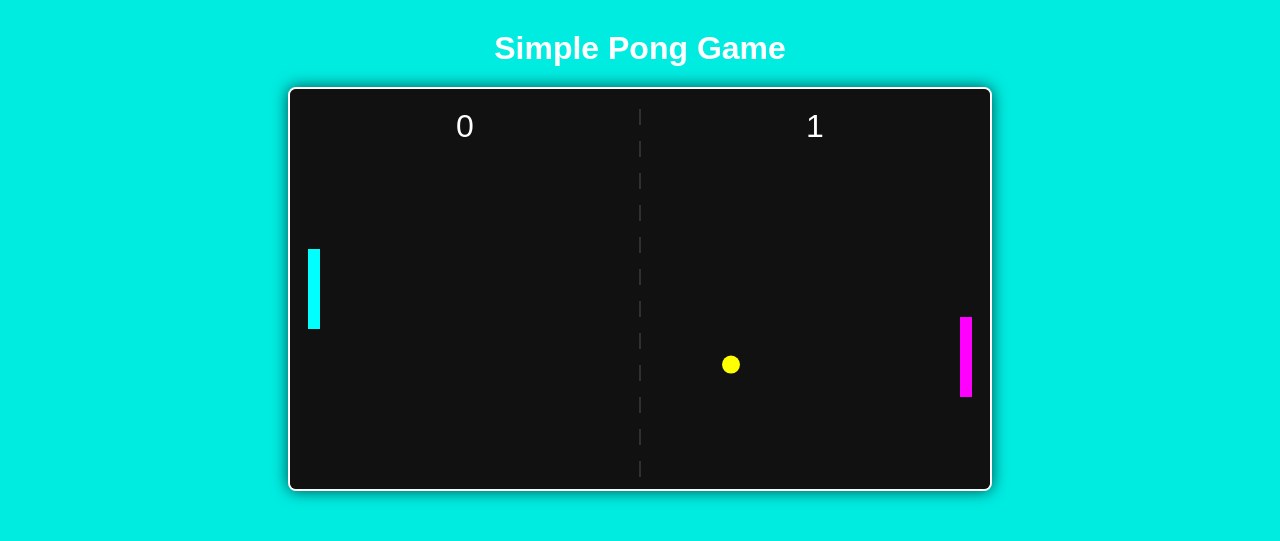
Repository: zjccc123/demo
Page: index.html
The author's editor kept a copy of each file at every save. The page is drawn from the files as they stood at one save, then again after the next save.
The browser window is 1280 px wide. The pictures show the whole page.

Above is the page before, as saved 2025-06-09 11:57:25.

### index.html
<!DOCTYPE html>
<html lang="en">
<head>
    <meta charset="UTF-8">
    <title>Simple Pong Game</title>
    <link rel="stylesheet" href="style.css">
</head>
<body>
    <h1>Simple Pong Game</h1>
    <canvas id="pongCanvas" width="700" height="400"></canvas>
    <script src="game.js"></script>
</body>
</html>

### style.css
body {
    background: #00ece1;
    color: #fff;
    text-align: center;
    font-family: Arial, sans-serif;
    margin: 0;
    padding: 0;
}

h1 {
    margin-top: 30px;
    margin-bottom: 10px;
    font-size: 2em;
}

#pongCanvas {
    background: #5a5959;
    display: block;
    margin: 20px auto 0 auto;
    border: 2px solid #fff;
    border-radius: 8px;
    box-shadow: 0 0 16px #000a;
}

### game.js
const canvas = document.getElementById('pongCanvas');
const ctx = canvas.getContext('2d');

// Game constants
const PADDLE_WIDTH = 12;
const PADDLE_HEIGHT = 80;
const BALL_RADIUS = 9;

const PLAYER_X = 18;
const AI_X = canvas.width - PADDLE_WIDTH - 18;

// Game objects
let playerY = (canvas.height - PADDLE_HEIGHT) / 2;
let aiY = (canvas.height - PADDLE_HEIGHT) / 2;

let ballX = canvas.width / 2;
let ballY = canvas.height / 2;
let ballSpeedX = 5 * (Math.random() < 0.5 ? -1 : 1);
let ballSpeedY = 3 * (Math.random() * 2 - 1);

let playerScore = 0;
let aiScore = 0;

// Mouse control
canvas.addEventListener('mousemove', (e) => {
    const rect = canvas.getBoundingClientRect();
    const mouseY = e.clientY - rect.top;
    playerY = mouseY - PADDLE_HEIGHT / 2;
    // Clamp paddle within canvas
    playerY = Math.max(Math.min(playerY, canvas.height - PADDLE_HEIGHT), 0);
});

// AI logic
function updateAI() {
    const center = aiY + PADDLE_HEIGHT / 2;
    if (center < ballY - 10) {
        aiY += 4;
    } else if (center > ballY + 10) {
        aiY -= 4;
    }
    // Clamp paddle within canvas
    aiY = Math.max(Math.min(aiY, canvas.height - PADDLE_HEIGHT), 0);
}

// Ball and collision logic
function resetBall(direction = 1) {
    ballX = canvas.width / 2;
    ballY = canvas.height / 2;
    ballSpeedX = 5 * direction;
    ballSpeedY = 3 * (Math.random() * 2 - 1);
}

function updateBall() {
    ballX += ballSpeedX;
    ballY += ballSpeedY;

    // Top and bottom collision
    if (ballY - BALL_RADIUS < 0) {
        ballY = BALL_RADIUS;
        ballSpeedY *= -1;
    }
    if (ballY + BALL_RADIUS > canvas.height) {
        ballY = canvas.height - BALL_RADIUS;
        ballSpeedY *= -1;
    }

    // Left paddle collision
    if (
        ballX - BALL_RADIUS < PLAYER_X + PADDLE_WIDTH &&
        ballY + BALL_RADIUS > playerY &&
        ballY - BALL_RADIUS < playerY + PADDLE_HEIGHT &&
        ballSpeedX < 0
    ) {
        ballX = PLAYER_X + PADDLE_WIDTH + BALL_RADIUS;
        ballSpeedX *= -1;
        // Add a bit of deflection based on where the ball hits the paddle
        let hit = (ballY - (playerY + PADDLE_HEIGHT / 2)) / (PADDLE_HEIGHT / 2);
        ballSpeedY += hit * 2;
    }

    // Right paddle collision
    if (
        ballX + BALL_RADIUS > AI_X &&
        ballY + BALL_RADIUS > aiY &&
        ballY - BALL_RADIUS < aiY + PADDLE_HEIGHT &&
        ballSpeedX > 0
    ) {
        ballX = AI_X - BALL_RADIUS;
        ballSpeedX *= -1;
        let hit = (ballY - (aiY + PADDLE_HEIGHT / 2)) / (PADDLE_HEIGHT / 2);
        ballSpeedY += hit * 2;
    }

    // Score logic
    if (ballX - BALL_RADIUS < 0) {
        aiScore += 1;
        resetBall(1);
    }
    if (ballX + BALL_RADIUS > canvas.width) {
        playerScore += 1;
        resetBall(-1);
    }
}

// Drawing functions
function drawRect(x, y, w, h, color) {
    ctx.fillStyle = color;
    ctx.fillRect(x, y, w, h);
}

function drawCircle(x, y, r, color) {
    ctx.fillStyle = color;
    ctx.beginPath();
    ctx.arc(x, y, r, 0, Math.PI * 2, false);
    ctx.closePath();
    ctx.fill();
}

function drawNet() {
    ctx.strokeStyle = '#fff2';
    ctx.lineWidth = 2;
    for (let i = 20; i < canvas.height; i += 32) {
        ctx.beginPath();
        ctx.moveTo(canvas.width / 2, i);
        ctx.lineTo(canvas.width / 2, i + 16);
        ctx.stroke();
    }
}

function drawScore() {
    ctx.font = '32px Arial';
    ctx.fillStyle = '#fff';
    ctx.textAlign = 'center';
    ctx.fillText(playerScore, canvas.width * 0.25, 48);
    ctx.fillText(aiScore, canvas.width * 0.75, 48);
}

function render() {
    // Clear
    drawRect(0, 0, canvas.width, canvas.height, '#111');

    // Net
    drawNet();

    // Paddles
    drawRect(PLAYER_X, playerY, PADDLE_WIDTH, PADDLE_HEIGHT, '#0ff');
    drawRect(AI_X, aiY, PADDLE_WIDTH, PADDLE_HEIGHT, '#f0f');

    // Ball
    drawCircle(ballX, ballY, BALL_RADIUS, '#ff0');

    // Scores
    drawScore();
}

// Main loop
function gameLoop() {
    updateAI();
    updateBall();
    render();
    requestAnimationFrame(gameLoop);
}

// Start the game
gameLoop();

After the next save:
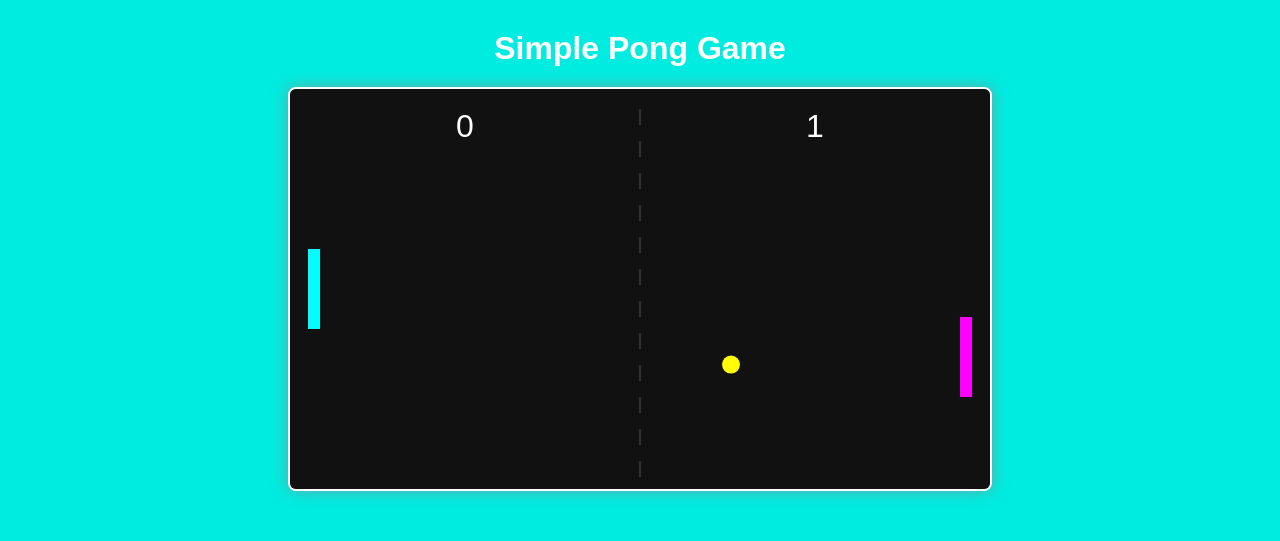
Saved 10 s later.
--- a/style.css
+++ b/style.css
@@ -19,5 +19,5 @@
     margin: 20px auto 0 auto;
     border: 2px solid #fff;
     border-radius: 8px;
-    box-shadow: 0 0 16px #000a;
+    box-shadow: 0 0 16px rgba(146, 134, 134, 0.667);
 }

After the save that followed:
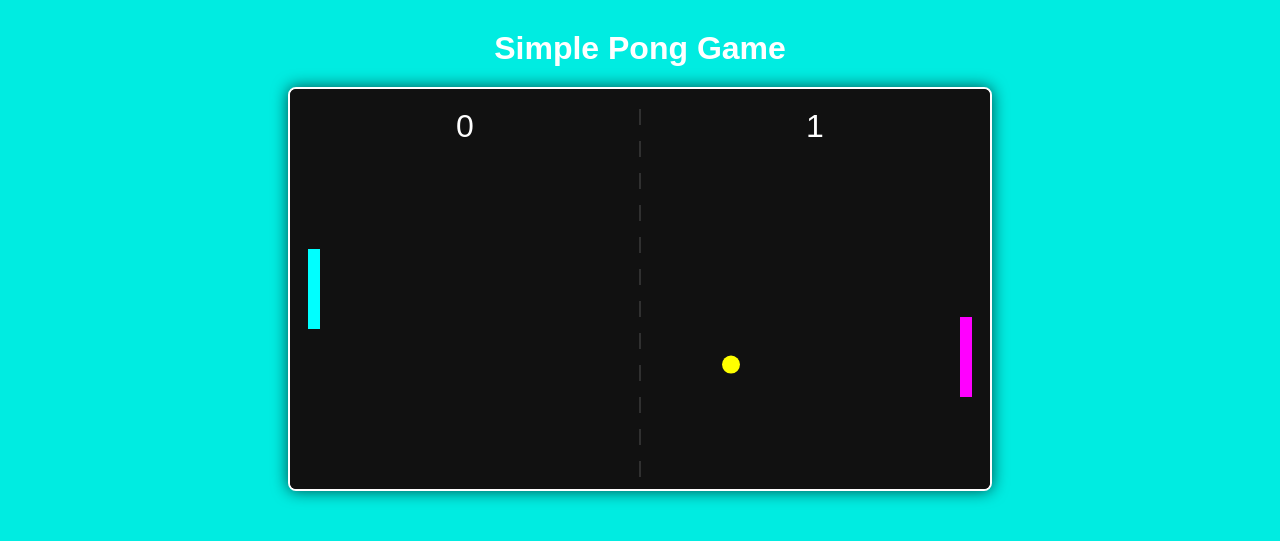
Saved 5 s later.
--- a/style.css
+++ b/style.css
@@ -14,10 +14,10 @@
 }
 
 #pongCanvas {
-    background: #5a5959;
+    background: #111;
     display: block;
     margin: 20px auto 0 auto;
     border: 2px solid #fff;
     border-radius: 8px;
-    box-shadow: 0 0 16px rgba(146, 134, 134, 0.667);
+    box-shadow: 0 0 16px #000a;
 }
